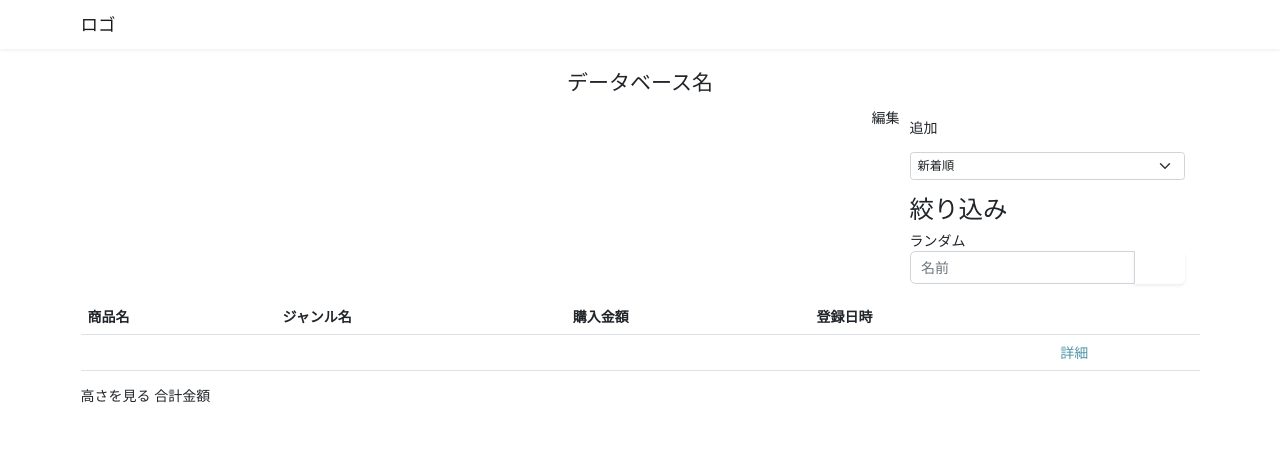
Repository: masa1228ew/original
Page: http://localhost/data/index
The author's editor kept a copy of each file at every save. The page is drawn from the files as they stood at one save, then again after the next save.
The browser window is 1280 px wide. The pictures show the whole page.
The page is this project's Thymeleaf template; nobody is signed in. The template is opened directly, without the code that normally fills it, so the values that code supplies are empty.

Above is the page before, as saved 2025-01-15 02:07:48.

After the next save:
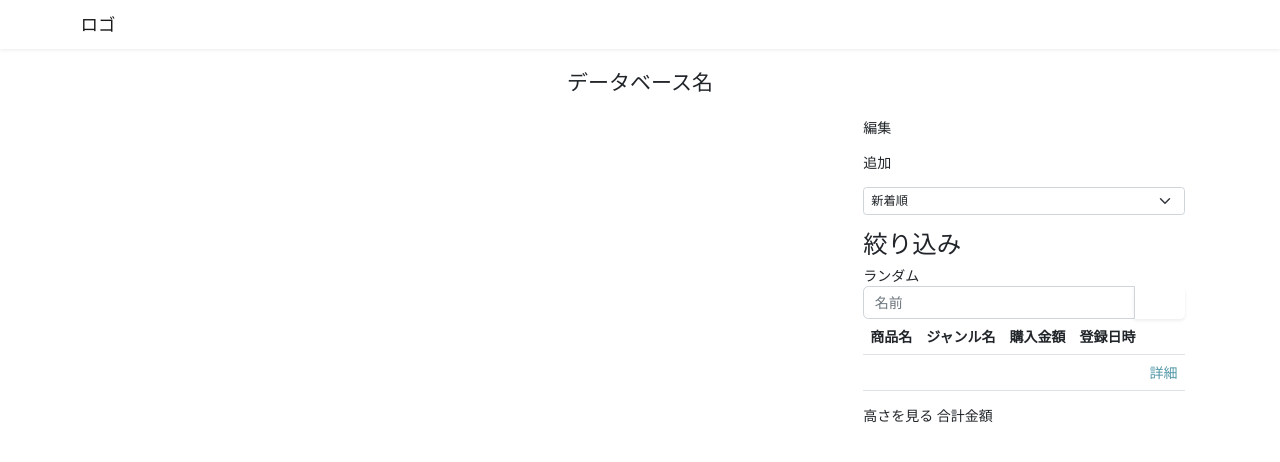
Saved 12 s later.
--- a/original/original/src/main/resources/templates/data/index.html
+++ b/original/original/src/main/resources/templates/data/index.html
@@ -25,9 +25,9 @@
 
 					</div>
 					<div class=right>
-
+				<div>
 					<p>編集</p>
-
+				<div>
 					<div>
 						<p>追加</p>
 						<form method="get" class="mb-3 samuraitravel-sort-box">

After the save that followed:
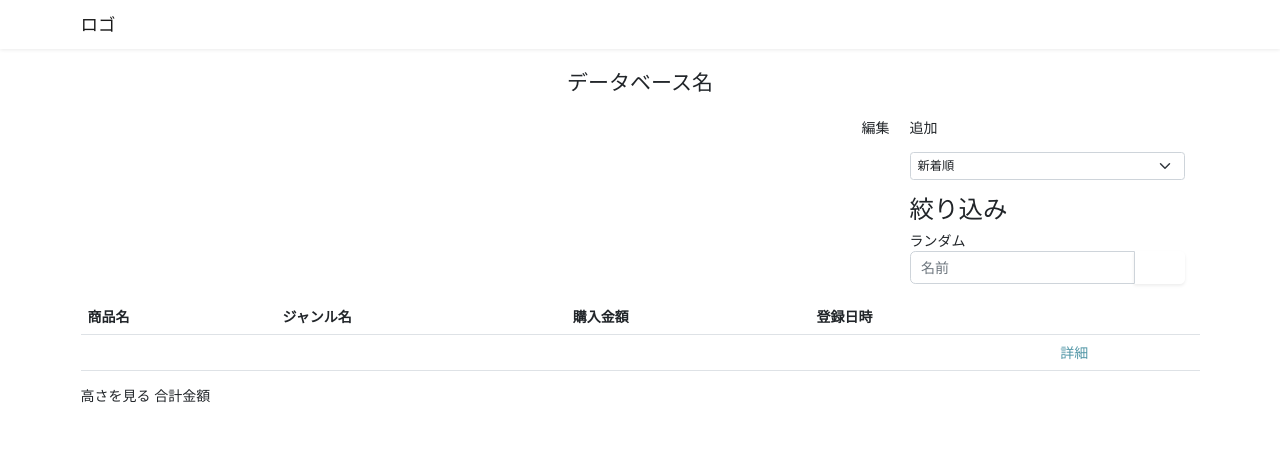
Saved 35 s later.
--- a/original/original/src/main/resources/templates/data/index.html
+++ b/original/original/src/main/resources/templates/data/index.html
@@ -27,7 +27,7 @@
 					<div class=right>
 				<div>
 					<p>編集</p>
-				<div>
+				</div>
 					<div>
 						<p>追加</p>
 						<form method="get" class="mb-3 samuraitravel-sort-box">
